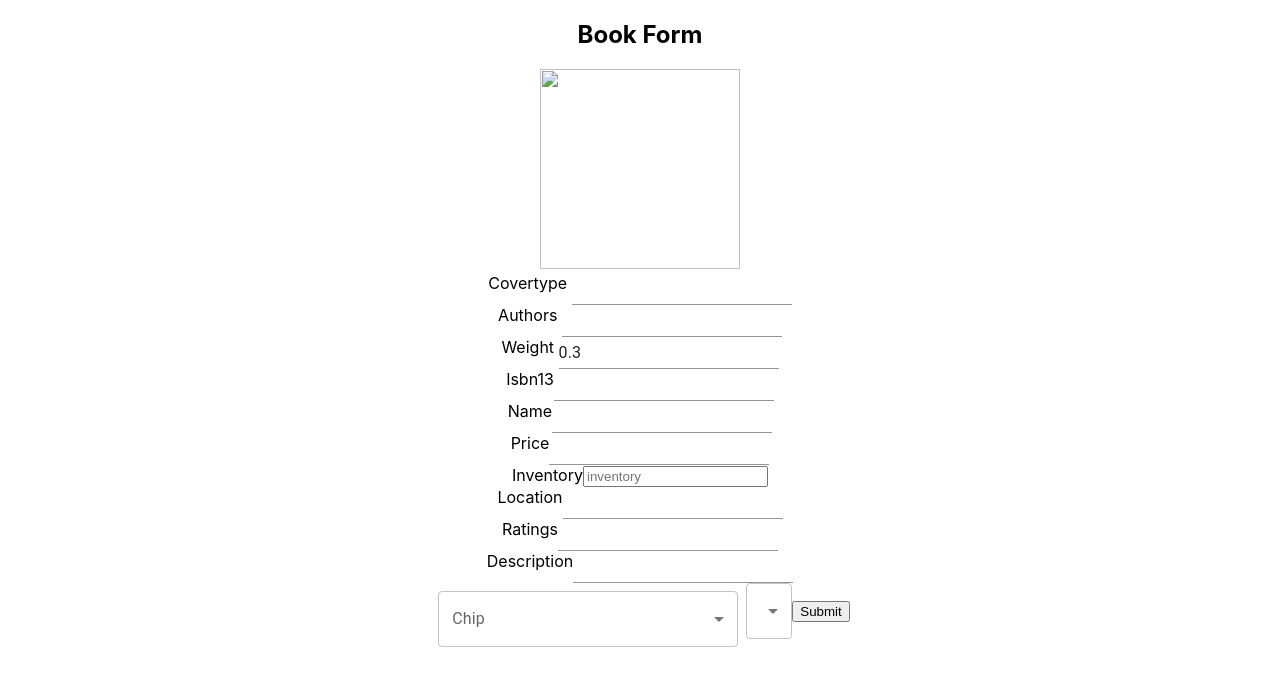
Repository: rishhabh-jain/isbndb
Page: /
These files come from the project's save history. The page is drawn as it stood at one moment and after the next save; the edit follows.
The browser window is 1280 px wide. The pictures show the whole page.
The project was rebuilt for these pictures with package versions that can differ from the ones it lists, and the page was loaded fresh each time.

Above is the page before, as saved 2022-02-07 14:37:02.

### src/App.js
import logo from "./logo.svg";
import TextField from "@material-ui/core/TextField";
import { useTheme } from '@mui/material/styles';
import { Form, Field } from "react-final-form";
// import { Select } from "@material-ui/core";
//import { MenuItem } from "@material-ui/core";
import Box from "@mui/material/Box";
import OutlinedInput from "@mui/material/OutlinedInput";
import InputLabel from "@mui/material/InputLabel";
import MenuItem from "@mui/material/MenuItem";
import FormControl from "@mui/material/FormControl";
import Select from "@mui/material/Select";
import Chip from "@mui/material/Chip";
// import Image from 'material-ui-image';
import axios from "axios";
import React, { useState, useEffect } from "react";
import "./App.css";

function App() {
  const [isbn13, setIsbn13] = useState("");
  const [isbn10, setIsbn10] = useState("");
  const [data, setData] = useState({});
  const [weight, setWeight] = useState("0.3");
  const [amazonData, setAmazonData] = useState({});
  useEffect(() => {
    {
      isbn13.length == 13
        ? axios
            .get(`http://localhost:8080/?isbn=${isbn13}`, {
              headers: {
                "Access-Control-Allow-Origin": "*",
                "Access-Control-Allow-Methods":
                  "GET,PUT,POST,DELETE,PATCH,OPTIONS",
              },
            })
            .then(function (response) {
              // handle success
              // setData(response.data.book);
              console.log(response.data.book);
              setTitle(response.data.book.title);
              setIsbn13(response.data.book.isbn13);
              setIsbn10(response.data.book.isbn);
              console.log(isbn10);
              // setImage(response.data.book.image)
              setBinding(response.data.book.binding);
              setAuthors(response.data.book.authors);
              const myArray = response.data.book.dimensions.split(",");
              const word = myArray[2].split(":");
              const final = word[1].substring(0, 6) / 2.2046;
              console.log(final);
              setWeight(final);
              console.log(weight);
            })
            .catch(function (error) {
              // handle error
              console.log(error);
            })
            .then(function () {
              console.log("this will be always displayed");
            })
        : console.log("isbn less then 13");
    }
    {
      isbn13 == 13 && convISBN13toISBN10(isbn13);
    }
    {
      isbn10.length == 10
        ? axios
            .get(`http://localhost:8080/amazondata/?isbn10=${isbn10}`, {
              headers: {
                "Access-Control-Allow-Origin": "*",
                "Access-Control-Allow-Methods":
                  "GET,PUT,POST,DELETE,PATCH,OPTIONS",
              },
            })
            .then(function (response) {
              // handle success
              // setData(response.data.book);
              console.log(response.data);
              // setTitle(response.data.book.title);
              // setIsbn(response.data.book.isbn13);
              setImage(response.data.image);
              setPrice(response.data.offers[0].price);
              var xy = response.data.title.split(":");
              setTitle(xy[0]);
              // setBinding(response.data.book.binding);
              // setAuthors(response.data.book.authors);
              // const myArray = response.data.book.dimensions.split(",");
              // const word = myArray[2].split(":")
              // const final = (word[1].substring(0 , 6 ) / 2.2046);
              // console.log(final)
              // setWeight(final);
              // console.log(weight)
            })
            .catch(function (error) {
              // handle error
              console.log(error);
            })
            .then(function () {
              console.log("this will be always displayed");
            })
        : console.log("isbn less then 10");
    }
    return () => {};
  }, [isbn13, isbn10]);
  function convISBN13toISBN10(str) {
    var s;
    var c;
    var checkDigit = 0;
    var result = "";

    s = str.substring(3, str.length);
    for (var i = 10; i > 1; i--) {
      c = s.charAt(10 - i);
      checkDigit += (c - 0) * i;
      result += c;
    }
    checkDigit = (11 - (checkDigit % 11)) % 11;
    result += checkDigit == 10 ? "X" : checkDigit + "";

    return result;
  }
  const [authors, setAuthors] = useState([]);
  const [binding, setBinding] = useState("");
  const [image, setImage] = useState("");
  const [title, setTitle] = useState("");
  const [ratings, setRatings] = useState("");
  const [description, setDescription] = useState("");
  const [genres, setGenres] = useState([]);
  const [price, setPrice] = useState("");
  const [location, setLocation] = useState("");
  const [condition, setCondition] = useState("");
  const names = [
    "Self help",
    "Romance",
    "Historical",
    "Non Fiction",
    "Mystery",
    "Thriller",
    "Young Adult",
    "Cooking",
    "Chick lit",
    "Classics",
  ];
  const ITEM_HEIGHT = 48;
const ITEM_PADDING_TOP = 8;
const MenuProps = {
  PaperProps: {
    style: {
      maxHeight: ITEM_HEIGHT * 4.5 + ITEM_PADDING_TOP,
      width: 250,
    },
  },
};
  const onTitleChange = (e) => {
    setTitle(e.target.value);
    console.log(title);
  };
  const onIsbn13Change = (e) => {
    setIsbn13(e.target.value);
  };
  const onPriceChange = (e) => {
    setPrice(e.target.value);
  };
  const onLocationChange = (e) => {
    setLocation(e.target.value);
  };
  const onConditionChange = (e) => {
    setCondition(e.target.value);
    console.log(condition);
  };
  const onGenresChange = (event) => {
    const {
      target: { value },
    } = event;
    setGenres(
      // On autofill we get a stringified value.
      typeof value === 'string' ? value.split(',') : value,
    );
  };
  function getStyles(name, personName, theme) {
    return {
      fontWeight:
        personName.indexOf(name) === -1
          ? theme.typography.fontWeightRegular
          : theme.typography.fontWeightMedium,
    };
  }
  const theme = useTheme();
  return (

    <div className="App">
      <Form
        onSubmit={onSubmit}
        render={({ handleSubmit }) => (
          <form onSubmit={handleSubmit}>
            <h2>Book Form</h2>
            <img src={image} height="200" width="200" loading="lazy" />

            <div>
              <label>Covertype </label>
              <TextField value={binding} />
              <br></br>
              <label>Authors </label>
              <TextField value={authors} />
              <br></br>
              <label>Weight </label>
              <TextField value={weight} />
              <br></br>
              <label>Isbn13</label>
              <TextField
                onChange={onIsbn13Change}
                name={isbn13}
                value={isbn13}
              />
            </div>
            <div>
              <label>Name</label>
              <TextField onChange={onTitleChange} name={title} value={title} />
            </div>
            <div>
              <label>Price</label>
              <TextField onChange={onPriceChange} name={price} value={price} />
            </div>
            <div>
              <label>Inventory</label>
              <Field
                name="inventory"
                component="input"
                placeholder="inventory"
              />
            </div>
            <div>
              <label>Location</label>
              <TextField
                onChange={onLocationChange}
                name={location}
                value={location}
              />
            </div>
            <div>
              <label>Ratings</label>
              <TextField
                // onChange={onRatingsChange}
                name={ratings}
                value={ratings}
              />
            </div>
            <div>
              <label>Description</label>
              <TextField
                // onChange={onDescriptionChange}
                name={description}
                value={description}
              />
            </div>
            <FormControl sx={{ m: 1, width: 300 }}>
              <InputLabel >Chip</InputLabel>
              <Select
                labelId="demo-multiple-chip-label"
                id="demo-multiple-chip"
                multiple
                value={genres}
                onChange={onGenresChange}
                input={<OutlinedInput id="select-multiple-chip" label="Chip" />}
                renderValue={(selected) => (
                  <Box sx={{ display: "flex", flexWrap: "wrap", gap: 0.5 }}>
                    {selected.map((value) => (
                      <Chip key={value} label={value} />
                    ))}
                  </Box>
                )}
               // MenuProps={MenuProps}
              >
                {names.map((name) => (
                  <MenuItem
                    key={name}
                    value={name}
                    // style={getStyles(name, genres)}
                  >
                    {name}
                  </MenuItem>
                ))}
              </Select>
            </FormControl>
            {/* <div>
          <label>Condition</label>
          <Field name="condition" component="select">
              <option />
              <option value={condition} onSelect={onCondition}> Good </option>
              <option value={condition}> Like new </option>
              <option value={condition}> New </option>
              <option value={condition}> Readable</option>
            </Field>
        </div> */}
            <Select value={condition} label="Age" onChange={onConditionChange}>
              <MenuItem value="Good">Good</MenuItem>
              <MenuItem value="New">New</MenuItem>
              <MenuItem value="Like">Like New </MenuItem>
            </Select>
            <button type="submit">Submit</button>
          </form>
        )}
      />
    </div>
  );
}
const onSubmit = () => {
  window.alert("onsubmit working");
};

export default App;

Loaded but not shown: public/index.html (common file); src/index.js (common file); src/index.css (common file); src/reportWebVitals.js (common file); src/App.css (common file)

After the next save:
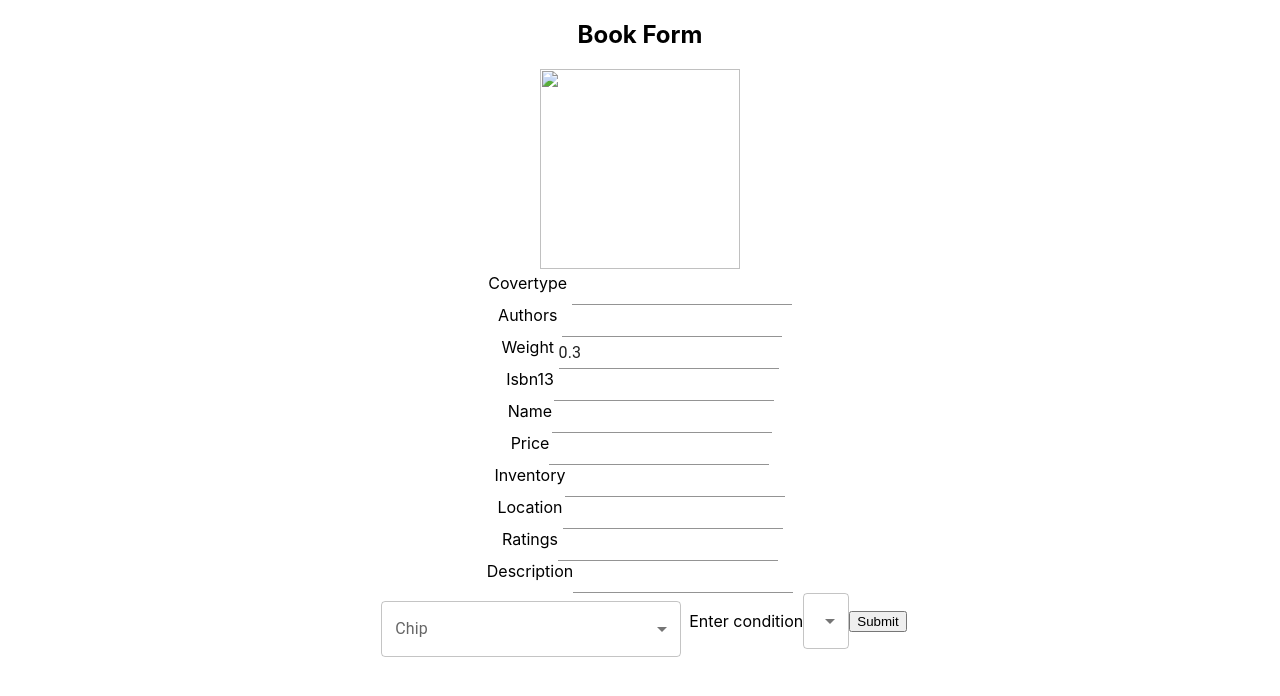
Saved 29 min 3 s later.
--- a/src/App.js
+++ b/src/App.js
@@ -1,6 +1,6 @@
 import logo from "./logo.svg";
 import TextField from "@material-ui/core/TextField";
-import { useTheme } from '@mui/material/styles';
+import { useTheme } from "@mui/material/styles";
 import { Form, Field } from "react-final-form";
 // import { Select } from "@material-ui/core";
 //import { MenuItem } from "@material-ui/core";
@@ -123,6 +123,7 @@ function App() {
   const [authors, setAuthors] = useState([]);
   const [binding, setBinding] = useState("");
   const [image, setImage] = useState("");
+  const [inventory, setInventory] = useState("");
   const [title, setTitle] = useState("");
   const [ratings, setRatings] = useState("");
   const [description, setDescription] = useState("");
@@ -143,15 +144,15 @@ function App() {
     "Classics",
   ];
   const ITEM_HEIGHT = 48;
-const ITEM_PADDING_TOP = 8;
-const MenuProps = {
-  PaperProps: {
-    style: {
-      maxHeight: ITEM_HEIGHT * 4.5 + ITEM_PADDING_TOP,
-      width: 250,
+  const ITEM_PADDING_TOP = 8;
+  const MenuProps = {
+    PaperProps: {
+      style: {
+        maxHeight: ITEM_HEIGHT * 4.5 + ITEM_PADDING_TOP,
+        width: 250,
+      },
     },
-  },
-};
+  };
   const onTitleChange = (e) => {
     setTitle(e.target.value);
     console.log(title);
@@ -167,6 +168,10 @@ const MenuProps = {
   };
   const onConditionChange = (e) => {
     setCondition(e.target.value);
+    console.log(condition);
+  };
+  const onInventoryChange = (e) => {
+    setInventory(e.target.value);
     console.log(condition);
   };
   const onGenresChange = (event) => {
@@ -175,7 +180,7 @@ const MenuProps = {
     } = event;
     setGenres(
       // On autofill we get a stringified value.
-      typeof value === 'string' ? value.split(',') : value,
+      typeof value === "string" ? value.split(",") : value
     );
   };
   function getStyles(name, personName, theme) {
@@ -188,7 +193,6 @@ const MenuProps = {
   }
   const theme = useTheme();
   return (
-
     <div className="App">
       <Form
         onSubmit={onSubmit}
@@ -224,10 +228,10 @@ const MenuProps = {
             </div>
             <div>
               <label>Inventory</label>
-              <Field
-                name="inventory"
-                component="input"
-                placeholder="inventory"
+              <TextField
+                onChange={onInventoryChange}
+                name={inventory}
+                value={inventory}
               />
             </div>
             <div>
@@ -255,7 +259,7 @@ const MenuProps = {
               />
             </div>
             <FormControl sx={{ m: 1, width: 300 }}>
-              <InputLabel >Chip</InputLabel>
+              <InputLabel>Chip</InputLabel>
               <Select
                 labelId="demo-multiple-chip-label"
                 id="demo-multiple-chip"
@@ -270,7 +274,7 @@ const MenuProps = {
                     ))}
                   </Box>
                 )}
-               // MenuProps={MenuProps}
+                // MenuProps={MenuProps}
               >
                 {names.map((name) => (
                   <MenuItem
@@ -293,6 +297,7 @@ const MenuProps = {
               <option value={condition}> Readable</option>
             </Field>
         </div> */}
+            <label>Enter condition</label>
             <Select value={condition} label="Age" onChange={onConditionChange}>
               <MenuItem value="Good">Good</MenuItem>
               <MenuItem value="New">New</MenuItem>
